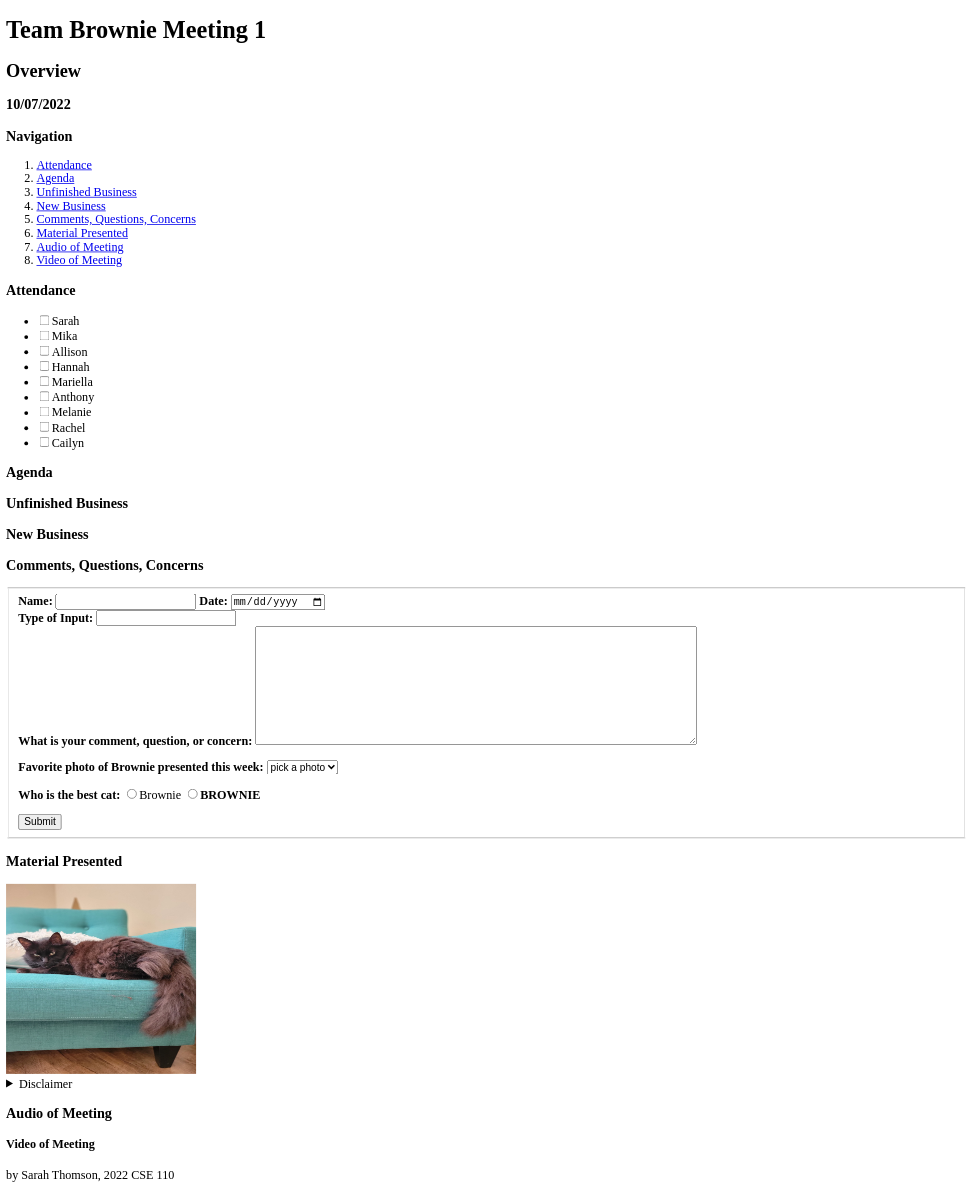
Repository: sarahtthomson/fa22-cse110-lab3
Page: index.html
The author's editor kept a copy of each file at every save. The page is drawn from the files as they stood at one save, then again after the next save.
The browser window is 1280 px wide. The pictures show the whole page, at 76% of full size.

Above is the page before, as saved 2022-10-08 19:02:46.

### index.html
<!DOCTYPE html>
<html lang="en">
    <head>
        <Title>Team Brownie</Title>
        <meta name="description" content="Meeting minutes for Team Brownie">
        <link rel="icon" href="favicon.ico">
    </head>
    <body>
        <header>
            <h1>Team Brownie Meeting 1</h1>
            <h2>Overview</h2>
            <h3>10/07/2022</h3>
        </header>
        <main>
            <nav class="nav">
                <h3>Navigation</h4>
                <ol>
                    <li><a href="#Attendance" >Attendance</a></li>
                    <li><a href="#Agenda">Agenda</a></li>
                    <li><a href="#Unfinished">Unfinished Business</a></li>
                    <li><a href="#New">New Business</a></li>
                    <li><a href="#Comments">Comments, Questions, Concerns</a></li>
                    <li><a href="#Material">Material Presented</a></li>
                    <li><a href="#Audio">Audio of Meeting</a></li>
                    <li><a href="#Video">Video of Meeting</a></li>
                </ol>
            </nav>
            <div class="Attendance" id="Attendance">
                <h3>Attendance</h3>
                <ul>
                    <li><input type="checkbox">Sarah</li>
                    <li><input type="checkbox">Mika</li>
                    <li><input type="checkbox">Allison</li>
                    <li><input type="checkbox">Hannah</li>
                    <li><input type="checkbox">Mariella</li>
                    <li><input type="checkbox">Anthony</li>
                    <li><input type="checkbox">Melanie</li>
                    <li><input type="checkbox">Rachel</li>
                    <li><input type="checkbox">Cailyn</li>
                </ul>
            </div>
            <div class="Agenda" id="Agenda">
                <h3>Agenda</h3>

            </div>
            <div class="Unfinished" id="Unfinished">
                <h3>Unfinished Business</h3>
            </div>
            <div class="New" id="New">
                <h3>New Business</h3>
            </div>
            <div class="Comments" id="Comments">
                <h3>Comments, Questions, Concerns</h3>
                <form method="get" class="cqc" id="form">
                    <fieldset>
                        <label for="name"><b>Name:</b></label>
                        <input type="text" name="name" id="name">
                        <label for="date"><b>Date:</b></label>
                        <input type="date" name="date" id="date">
                        <br>
                        <label for="cqorc"><b>Type of Input:</b></label>
                        <input list="type-of-input" id="choice" name="choice">
                        <datalist id="type-of-input">
                            <option value="comment">
                            <option value="question">
                            <option value="concern">
                        </datalist>
                        <br>
                        <label for="textbox"><b>What is your comment, question, or concern:</b></label>
                        <textarea id="textbox" name="textbox" rows="10" cols="70"></textarea>
                        <p></p>
                        <label for="best-photo"><b>Favorite photo of Brownie presented this week:</b></label>
                        <select name="photos" id="photo-select">
                            <option value="">pick a photo</option>
                            <option value="a">a</option>
                            <option value="b">b</option>
                            <option value="c">c</option>
                            <option value="d">d</option>
                            <option value="e">e</option>
                        </select>
                        <p></p>
                        <label for="best"><b>Who is the best cat:</b></label>
                        <input type="radio" id="brownie" name="cat"><label for="brownie">Brownie</label>
                        <input type="radio" id="brownie!" name="cat"><label for="brownie!"><strong>BROWNIE</strong></label>
                        <p></p>
                        <button type="submit" form="form">Submit</button>
                    </fieldset>
                </form>
            </div>
            <div class="Material" id="Material">
                <h3>Material Presented</h3>
                <img height="250" width="250" src="cat.jpg">
                <details><summary>Disclaimer</summary>There are only 5 photos of the week because Brownie will not work on weekends</details>
            </div>
            <div class="Audio" id="Audio">
                <h3>Audio of Meeting</h3>
            </div>
            <div class="Video" id="Video">
                <h4>Video of Meeting</h4>
            </div>
        </main>
        <footer>
            <p>by Sarah Thomson, 2022 CSE 110</p>
        </footer>

    </body>
</html>

After the next save:
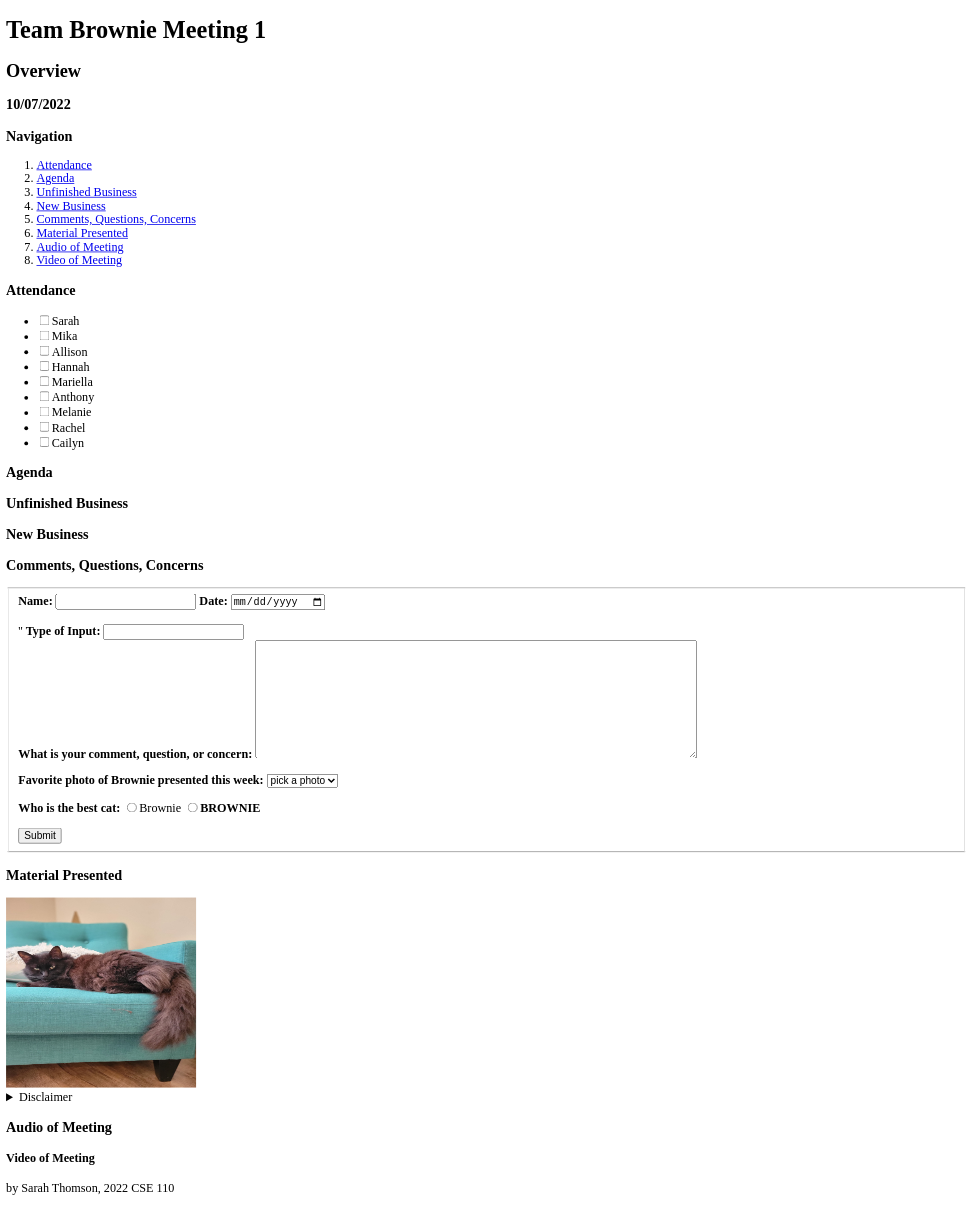
Saved 10 s later.
--- a/index.html
+++ b/index.html
@@ -58,6 +58,7 @@
                         <label for="date"><b>Date:</b></label>
                         <input type="date" name="date" id="date">
                         <br>
+                        <br>''
                         <label for="cqorc"><b>Type of Input:</b></label>
                         <input list="type-of-input" id="choice" name="choice">
                         <datalist id="type-of-input">
